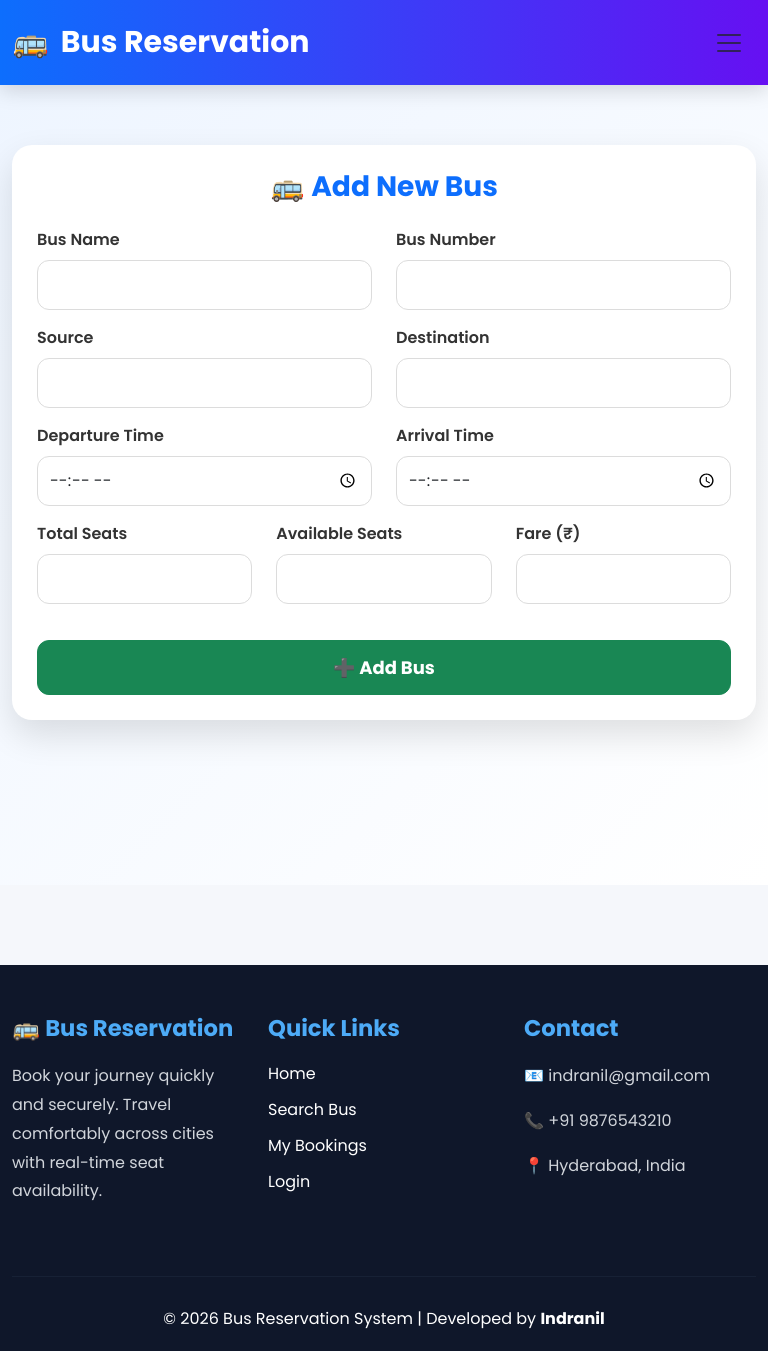
Repository: Eswarabhinay06/Bus-Reservation-System
Page: /add-bus (app in AIML-09-Bus-Reservation-System-main/bus-reservation-frontend/)
These files come from the project's save history. The page is drawn as it stood at one moment and after the next save; the edit follows.
The browser window is 768 px wide. The pictures show the whole page.
The project was rebuilt for these pictures with package versions that can differ from the ones it lists, and the page was loaded fresh each time. Also part of the build but not shown: AIML-09-Bus-Reservation-System-main/bus-reservation-frontend/vite.config.js, AIML-09-Bus-Reservation-System-main/bus-reservation-frontend/src/styles/Hero.css, AIML-09-Bus-Reservation-System-main/bus-reservation-frontend/src/components/Hero.jsx, AIML-09-Bus-Reservation-System-main/bus-reservation-frontend/src/components/SearchBar.jsx, AIML-09-Bus-Reservation-System-main/bus-reservation-frontend/src/styles/BusCard.css, AIML-09-Bus-Reservation-System-main/bus-reservation-frontend/src/components/BusCard.jsx, AIML-09-Bus-Reservation-System-main/bus-reservation-frontend/src/styles/SeatSelection.css, AIML-09-Bus-Reservation-System-main/bus-reservation-frontend/src/components/SeatSelection.jsx and 6 more.

Above is the page before, as saved 2026-07-14 10:47:58.

After the next save:
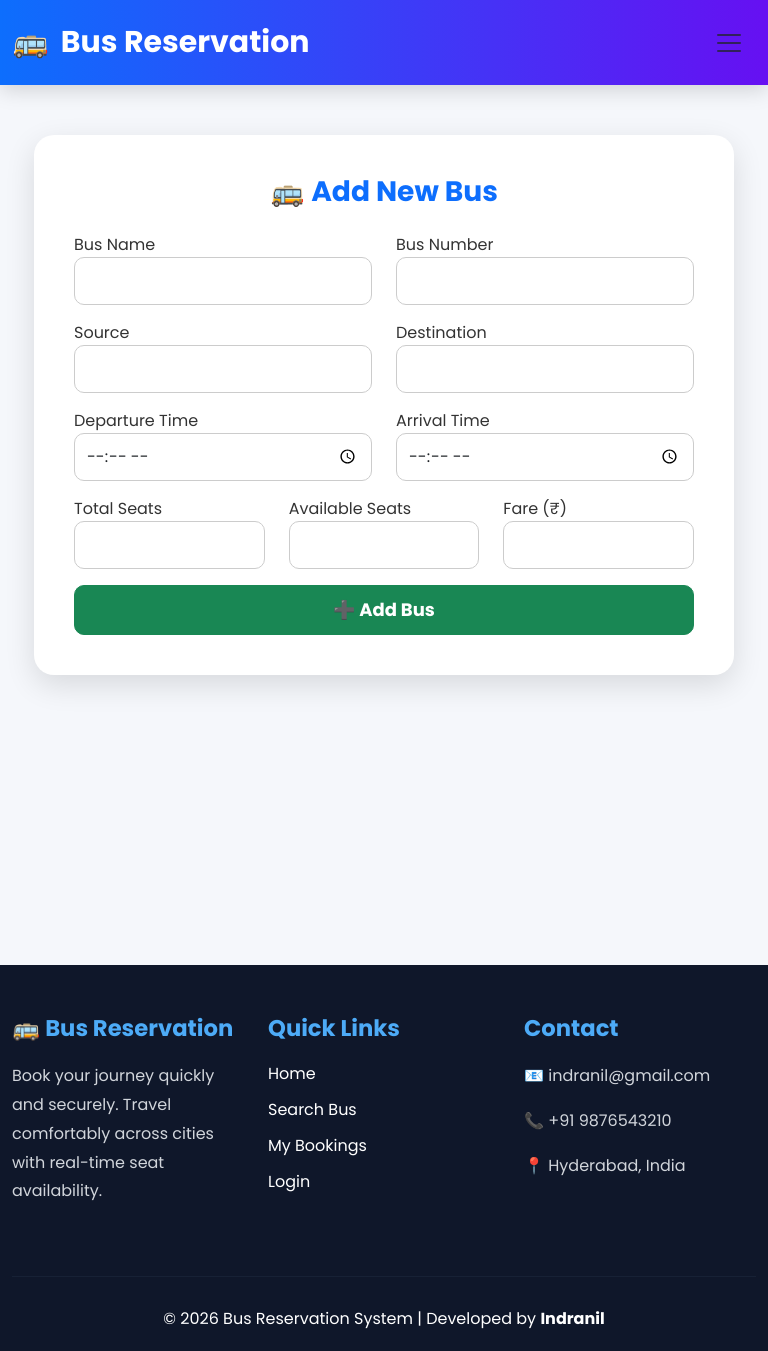
Saved 3 min 16 s later.
--- a/AIML-09-Bus-Reservation-System-main/bus-reservation-frontend/src/styles/AddBus.css
+++ b/AIML-09-Bus-Reservation-System-main/bus-reservation-frontend/src/styles/AddBus.css
@@ -1,74 +1,38 @@
 .addbus-page{
-
     min-height:100vh;
-    background:linear-gradient(135deg,#eef5ff,#ffffff);
-    padding:60px 0;
-
+    background:#f5f7fb;
+    padding:50px 0;
 }
 
 .addbus-card{
-
-    background:white;
+    max-width:700px;
+    margin:auto;
+    background:#fff;
+    padding:40px;
     border-radius:20px;
-    padding:40px;
-    box-shadow:0 15px 35px rgba(0,0,0,.12);
-
+    box-shadow:0 10px 30px rgba(0,0,0,.12);
 }
 
 .addbus-card h2{
-
+    text-align:center;
     color:#0d6efd;
+    margin-bottom:30px;
     font-weight:bold;
-    margin-bottom:30px;
-
-}
-
-.addbus-card label{
-
-    font-weight:600;
-    margin-bottom:8px;
-
 }
 
 .addbus-card .form-control{
-
-    height:50px;
-    border-radius:12px;
-    border:1px solid #dcdcdc;
-
+    height:48px;
+    border-radius:10px;
 }
 
-.addbus-card .form-control:focus{
-
-    border:2px solid #0d6efd;
-    box-shadow:none;
-
+.addbus-card textarea{
+    border-radius:10px;
 }
 
-.addbus-btn{
-
+.addbus-card button{
     width:100%;
-    height:55px;
+    height:50px;
+    border-radius:10px;
     font-size:18px;
-    border-radius:12px;
-    margin-top:20px;
     font-weight:bold;
-
 }
-
-.addbus-btn:hover{
-
-    transform:translateY(-2px);
-    transition:.3s;
-
-}
-
-@media(max-width:768px){
-
-.addbus-card{
-
-    padding:25px;
-
-}
-
-}

After the save that followed:
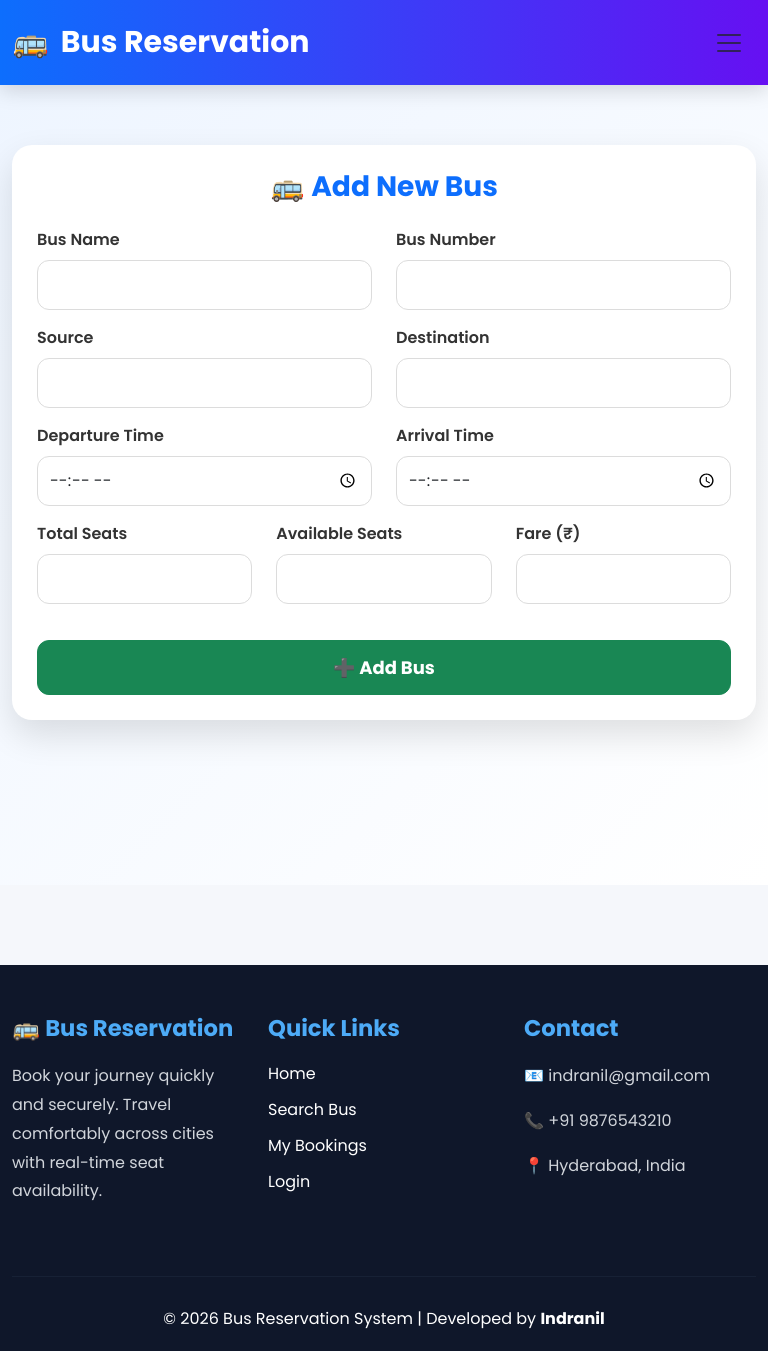
Saved 2 min 9 s later.
--- a/AIML-09-Bus-Reservation-System-main/bus-reservation-frontend/src/styles/AddBus.css
+++ b/AIML-09-Bus-Reservation-System-main/bus-reservation-frontend/src/styles/AddBus.css
@@ -1,38 +1,74 @@
 .addbus-page{
+
     min-height:100vh;
-    background:#f5f7fb;
-    padding:50px 0;
+    background:linear-gradient(135deg,#eef5ff,#ffffff);
+    padding:60px 0;
+
 }
 
 .addbus-card{
-    max-width:700px;
-    margin:auto;
-    background:#fff;
+
+    background:white;
+    border-radius:20px;
     padding:40px;
-    border-radius:20px;
-    box-shadow:0 10px 30px rgba(0,0,0,.12);
+    box-shadow:0 15px 35px rgba(0,0,0,.12);
+
 }
 
 .addbus-card h2{
-    text-align:center;
+
     color:#0d6efd;
+    font-weight:bold;
     margin-bottom:30px;
-    font-weight:bold;
+
+}
+
+.addbus-card label{
+
+    font-weight:600;
+    margin-bottom:8px;
+
 }
 
 .addbus-card .form-control{
-    height:48px;
-    border-radius:10px;
+
+    height:50px;
+    border-radius:12px;
+    border:1px solid #dcdcdc;
+
 }
 
-.addbus-card textarea{
-    border-radius:10px;
+.addbus-card .form-control:focus{
+
+    border:2px solid #0d6efd;
+    box-shadow:none;
+
 }
 
-.addbus-card button{
+.addbus-btn{
+
     width:100%;
-    height:50px;
-    border-radius:10px;
+    height:55px;
     font-size:18px;
+    border-radius:12px;
+    margin-top:20px;
     font-weight:bold;
+
 }
+
+.addbus-btn:hover{
+
+    transform:translateY(-2px);
+    transition:.3s;
+
+}
+
+@media(max-width:768px){
+
+.addbus-card{
+
+    padding:25px;
+
+}
+
+}
